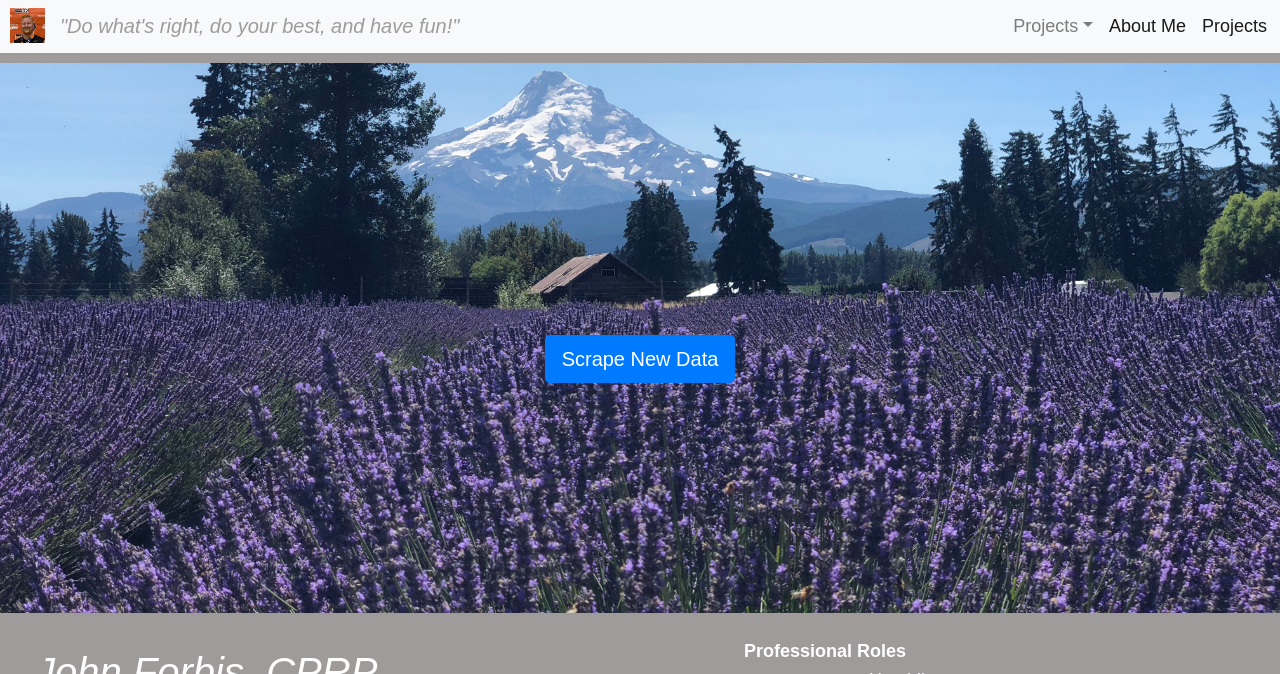
Repository: jforbis/john-forbis-data-analyst
Page: index.html
These files come from the project's save history. The page is drawn as it stood at one moment and after the next save; the edit follows.
The browser window is 1280 px wide. The pictures show the part of the page from y = 0 to 674 px (the page is 1770 px tall before and 1820 px after).
A picture or video elsewhere on the page could not be fetched, so the positions and the page height are approximate. Backgrounds fixed to the window are drawn as part of the page.

Above is the page before, as saved 2021-03-17 23:28:43.

### index.html
<!DOCTYPE html>
<html lang="en">

<head>
<meta charset="UTF-8">
<title class="text">John Forbis, CPRP</title>
<!--Bootstrap style sheet-->
<link rel="stylesheet" href="https://stackpath.bootstrapcdn.com/bootstrap/4.3.1/css/bootstrap.min.css" integrity="sha384-ggOyR0iXCbMQv3Xipma34MD+dH/1fQ784/j6cY/iJTQUOhcWr7x9JvoRxT2MZw1T" crossorigin="anonymous">
<!--link to style sheet-->
<link rel="stylesheet" type="text/css" href="static/css/style.css">
</head>

<!--Top Nav Bar-->
<nav class="navbar-expand-lg navbar-light bg-light nav-color navbar nav">
    <a class="navbar-brand" href="about_me.html">
        <img class="headshot-sm" src="resources/images/headshot.jpg">
    </a>
    <a class="navbar-brand" id="tagline" href="index.html"> <i>"Do what's right, do your best, and have fun!"</i></a>
    <button class="navbar-toggler" type="button" data-bs-toggle="collapse" data-bs-target="#navbarSupportedContent"
        aria-controls="navbarSupportedContent" aria-expanded="false" aria-label="Toggle navigation">
        <span class="navbar-toggler-icon"></span>
    </button>
    <div class="collapse navbar-collapse justify-content-end" id="navbarSupportedContent">
        <div class="nav navbar-nav navbar-right">
            <ul class="navbar-nav me-auto mb-2 mb-lg-0">
                <li class="nav-item dropdown">
                    <a class="nav-link dropdown-toggle" href="#" id="navbarDropdown" role="button"
                        data-bs-toggle="dropdown" aria-expanded="false">Projects</a>
                    <ul class="dropdown-menu" aria-labelledby="navbarDropdown">
                        <a class="dropdown-item" href="visualizations/maxtemp.html">Schooling</a>
                        <a class="dropdown-item" href="visualizations/humidity.html">Career</a>
                        <a class="dropdown-item" href="visualizations/cloudiness.html">Accolades</a>
                    </ul>
                </li>
                <li class="nav-item active">
                    <a class="nav-link" href="comparisons.html">About Me </a>
                </li>
                <li class="nav-item active">
                    <a class="nav-link" href="data.html">Projects </a>
                </li>
            </ul>
        </div>
    </div>
</nav>

<div class="wrapper">
    <nav class="navbar navbar-default">
        <div class="container-fluid">
        <div class="navbar-header">
            <!-- <a class="navbar-brand" href="index.html">UFO Sightings
            <img class="nav-ufo" src="resources/images/headshot.jpg">
            </a> -->
        </div>
        </div>
    </nav>
    <div class="hero text-center">
        <h1 class="text"><b>JOHN FORBIS, CPRP</b></h1>
        <p><a class="btn btn-primary btn-lg" href="resources/images/img_1779.jpg" role="button">Scrape New Data</a></p>
    </div>

<body>
    <h1><i>John Forbis, CPRP</i></h1>
    <hr>
    <table>
        <tr>
            <td>
                <div class="card" style="width: 40rem;">
                    <img src="Resources/assets/images/Fig1.png" class="card-img-top" alt="...">
                    <div class="card-body">
                    <h5 class="card-title">My brand:</h5>
                    <p class="card-text">
                        Data analyst with a passion for innovation, data analysis and keeping it fun!
                        <br>
                        <br>
                        With a background in public service, facility management, and leadership of
                        muli-level teams as well as extensive training in both leadership and data analytics
                        through the Leadership Intensive program by The Changing Point and the University
                        of Kansas Data Analytics boot camp respectively, I would make a great addition
                        to any team. Acquired skills in: advanced Excel, Python, Pandas, API calls,
                        SQL, Java Script and Machine Learning.
                        <br><br>
                        I enjoy a good problem needing solved
                        and love to utilize data to tell the story. I am a proven innovator in my
                        career with a ‘can-do’ mindset; always searching for new and better solutions.

                    </p>
                    <a href="https://www.linkedin.com/in/john-forbis-cprp-96921513/" class="btn btn-primary">Connect with me!</a>
                    </div>
                </div>
            </td>
            <td style="vertical-align:bottom">
                <div class="second_card" style="width: 40rem;">
                        <div class="card-body">
                            <table>
                                <tr>
                                <th colspan=2>Professional Roles</th>
                                </tr>
                                <tr>
                                <td id="career-img">CivicPlus | Implementation Consultant
                                    <a href="cp.html">
                                        <img src="resources/images/cr.png" class="card-img-top" alt="...">
                                    </a>
                                </td>
                                <td>Humidity
                                    <a href="visualizations/humidity.html">
                                        <img src="Resources/assets/images/Fig2.png" class="card-img-top" alt="...">
                                    </a>
                                </td>
                                </tr>
                                <tr>
                                    <td>Cloudiness
                                        <a href="visualizations/cloudiness.html">
                                            <img src="Resources/assets/images/Fig3.png" class="card-img-top" alt="...">
                                    </a>
                                    </td>
                                    <td>Wind Speed
                                        <a href="visualizations/windspeed.html">
                                            <img src="Resources/assets/images/Fig3.png" class="card-img-top" alt="...">
                                        </a>
                                    </td>
                                </tr>
                                <tr>
                                    <td>
                                        </br>
                                        </br>
                                        </br>
                                        </br>
                                        </br>
                                        </br>
                                        </br>
                                        </br>
                                        </br>
                                    </td>
                                </tr>
                                <tr>
                                    <td></td>
                                </tr>
                                <tr>
                                    <td></td>
                                </tr>
                                <tr>
                                    <td></td>
                                </tr>
                                <tr>
                                    <td></td>
                                </tr>
                                <tr>
                                    <td></td>
                                </tr>
                                <tr>
                                    <td></td>
                                </tr>
                            </table>
                        </div>
                </div>
            </td>
        </tr>
    </table>
</div>
</body>

<!--<table>
    <tr>
      <th>Month</th>
      <th>Savings</th>
    </tr>
    <tr>
      <td>January</td>
      <td>$100</td>
    </tr>
    <tr>
      <td>February</td>
      <td>$80</td>
    </tr>
    <tr>
      <td colspan="2">Sum: $180</td>
    </tr>
  </table>-->

### static/css/style.css
/* Styling for HTML elements */
body {
padding: 0;
margin: 0;
font-family: Georgia, "Times New Roman", Times, serif;
font-size: 18px;
line-height: 150%;
color: rgb(255, 255, 255);
background: #9f9b9b;
}

#career-img {
    width: 30px;
}
.dropdown {
position: relative;
display: inline-block;
}

.dropdown-menu {
display: none;
position: absolute;
background-color: #f9f9f9;
min-width: 160px;
box-shadow: 0px 8px 16px 0px rgba(0,0,0,0.2);
padding: 12px 16px;
z-index: 1;
}

.dropdown:hover .dropdown-menu {
display: block;
}

h1 {
padding: 25px;
margin: 10px;
color: white
}

h3 {
margin-left: 35px;
color: white;
font-size: 16px
}

hr {
height: 2px;
background-color: white
}

.card {
color: #9f9b9b;
font-size: 14px;
margin-left: 40px;
margin-top: top;
border-color: #9f9b9b;
vertical-align: text-top
}

.second_card {
margin-top: -140px;
margin-left: 40px
}

.card-img-top {
width: 90%;
height: auto;
}

.card-title {
font-size: 18px
}

.top_row {
position: sticky;
top: 0;
background-color: #353A3F;
}

.navbar-expand-lg navbar-light bg-light nav-color navbar nav {
position: sticky;
top: 0;
}

* {
box-sizing: border-box;
font-family: Ubuntu, sans-serif;
}

html,
body {
height: 100%;
padding: 0;
margin: 0;
}

/* The wrapper contains all of the page's content besides the footer, which is pushed to the bottom of the page */
.wrapper {
position: relative;
min-height: 100%;
padding-bottom: 130px;
overflow: auto;
}

/* The footer is positioned at the bottom of the page */
.footer {
position: absolute;
right: 0;
bottom: 0;
left: 0;
min-height: 100px;
background: #4e5d6c;
}

/* The code styles the text at the bottom of the footer */
.footer > .bottom {
position: absolute;
right: 0;
bottom: 0;
left: 0;
padding: 5px;
background: #1b3146;
}

.navbar {
padding: 5px;
margin: 0;
}

/* This CSS styles the photo in the navbar */
.headshot-sm {
position: absolute;
bottom: 10px;
left: 10px;
width: 35px;
color: white;
}

#tagline {
    position: absolute;
    left: 60px;
    font-family: verdana;
    color: #9f9b9b;
}

/* Adding styles to the aside and filter form */
.ufo-form {
margin-top: 50px;
}

.filters .panel-body {
padding: 0;
}

.filters {
margin-top: 10px;
}

select {
display: block;
width: 100%;
padding: 8px;
color: #8e979f;
outline: none;
}

#table-area th {
text-align: center;
}

#table-area th:first-child,
#table-area th:nth-child(2),
#table-area th:nth-child(6) {
min-width: 70px;
}

.loader {
margin-top: 50px;
}

.margin-top-50 {
margin-top: 50px;
}

/* The styles for the parallax */
.hero {
position: relative;
height: 550px;
padding: 10px;
margin: 0;
background-image: url("../../resources/images/IMG_1779.jpg");
background-attachment: fixed;
background-position: bottom center;
background-size: cover;
}

.hero h1 {
margin-top: 200px;
font-size: 0.1rem;
animation: title 1.2s forwards linear;
}

.hero p {
font-size: 2rem;
opacity: 0;
animation: subtitle 1.2s forwards linear;
animation-delay: 1.2s;
}

/* input placeholder color changes */
.form-control::-webkit-input-placeholder {
/* Chrome/Opera/Safari */
color: #8e979f;
}

.form-control::-moz-placeholder {
/* Firefox 19+ */
color: #8e979f;
}

.form-control:-ms-input-placeholder {
/* IE 10+ */
color: #8e979f;
}

.form-control:-moz-placeholder {
/* Firefox 18- */
color: #8e979f;
}

/* media queries which will only be activated at specific screen sizes */
@media (max-width: 800px) {
#table-area td {
    font-size: 1em;
}
}

@media (max-width: 500px) {
#table-area thead {
    display: none;
}

#table-area tr td:first-child {
    font-size: 1.8em;
    font-weight: bold;
    background: #1b3146;
}

#table-area tr td:last-child {
    margin-bottom: 20px;
}

#table-area tr td:last-child::after {
    display: block;
    width: 100%;
    height: 1px;
    margin-top: 20px;
    content: " ";
    background: aliceblue;
}

#table-area td {
    font-size: 1.25em;
}

#table-area tbody td {
    display: block;
    text-align: center;
}

#table-area tbody td::before {
    display: block;
    font-size: 1.4em;
    font-weight: bold;
    text-align: center;
    content: attr(data-th);
}

.hero h1 {
    animation: smaller-title 1.2s forwards linear;
}
}

/* keyframe animations which will be used to animate the title */
@keyframes title {
from {
    opacity: 0;
}

to {
    font-size: 7.5rem;
    opacity: 1;
}
}

@keyframes smaller-title {
from {
    opacity: 0;
}

to {
    font-size: 5.5rem;
    opacity: 1;
}
}

@keyframes subtitle {
from {
    opacity: 0;
}

to {
    opacity: 1;
}
}

After the next save:
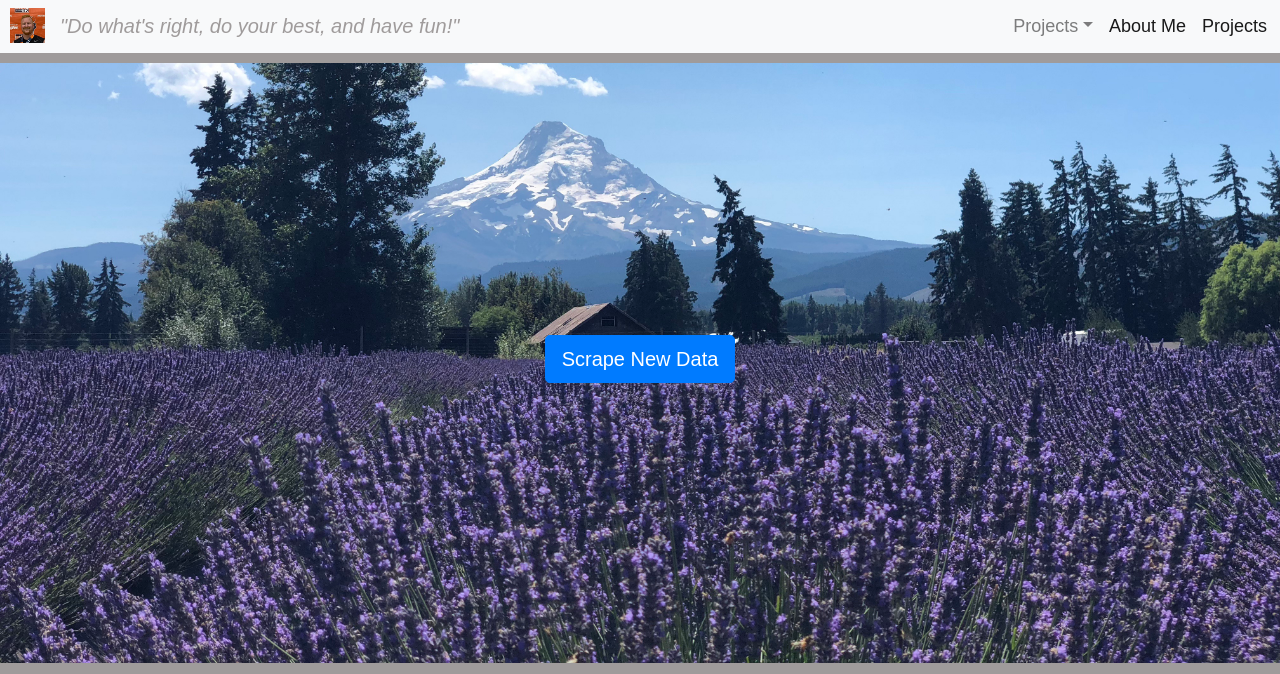
Saved 17 s later.
--- a/static/css/style.css
+++ b/static/css/style.css
@@ -185,7 +185,7 @@
 /* The styles for the parallax */
 .hero {
 position: relative;
-height: 550px;
+height: 600px;
 padding: 10px;
 margin: 0;
 background-image: url("../../resources/images/IMG_1779.jpg");
